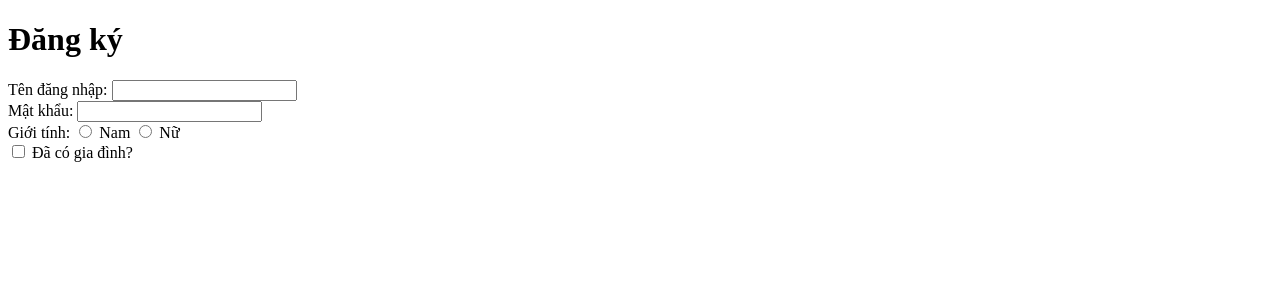
Repository: dquangv/Fpoly-Java4
Page: http://localhost/fpoly/views/dang-ky/form.jsp
An editor plug-in stored every save of this project. The page is shown before and after the next save, followed by the edit.
The browser window is 1280 px wide. The pictures show the whole page.
The page is served by Tomcat 9.

Above is the page before, as saved 2024-06-23 08:01:43.

After the next save:
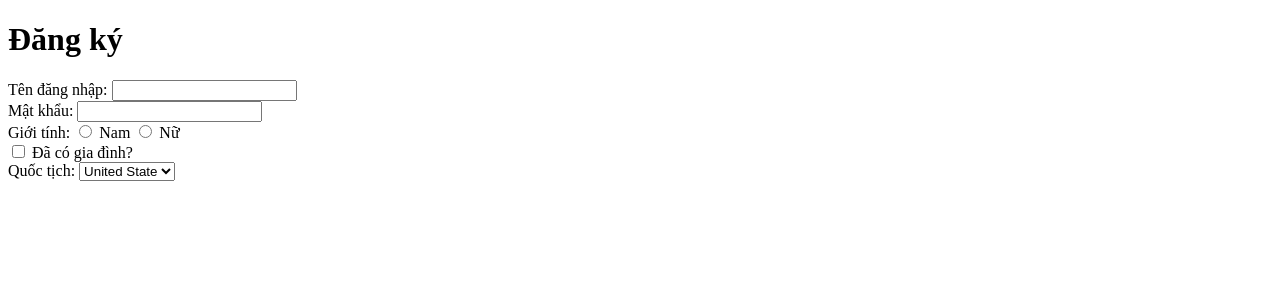
Saved 2 min 33 s later.
--- a/fpoly/src/main/webapp/views/dang-ky/form.jsp
+++ b/fpoly/src/main/webapp/views/dang-ky/form.jsp
@@ -22,7 +22,14 @@
 		<label for="female">Nữ</label><br>
 
 		<input type="checkbox" id="married" name="married">
-		<label for="married">Đã có gia đình?</label>
+		<label for="married">Đã có gia đình?</label><br>
+
+		<span>Quốc tịch: </span>
+		<select>
+			<option value="US">United State</option>
+			<option value="VN">Việt Nam</option>
+			<option value="TQ">Trung Quốc</option>
+		</select>
 	</form>
 </body>
 </html>
